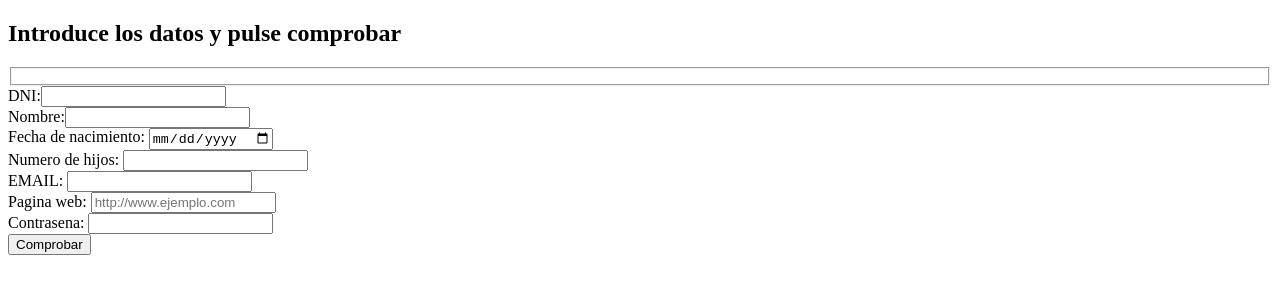
Repository: KoTvTrysaX01/2DAW-Desarrollo-WEB-en-Entorno-Cliente
Page: JAVASCRIPT/UD2/practica5/Actividad1/index.html
The author's editor kept a copy of each file at every save. The page is drawn from the files as they stood at one save, then again after a run of saves.
The browser window is 1280 px wide. The pictures show the whole page.

Above is the page before, as saved 2025-11-01 17:15:49.

After the next 2 saves:
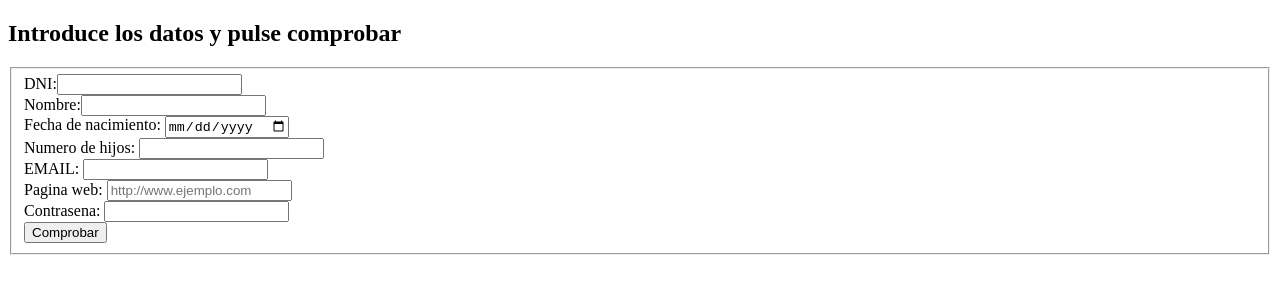
The 2 saves are shown as one change because they came seconds apart.
The last was saved 6 s later.
--- a/JAVASCRIPT/UD2/practica5/Actividad1/index.html
+++ b/JAVASCRIPT/UD2/practica5/Actividad1/index.html
@@ -2,7 +2,7 @@
 <html>
   <body>
     <h2>Introduce los datos y pulse comprobar</h2>
-    <fieldset></fieldset>
+    <fieldset>
     <form id = "registartionForm" name="form1" method="post" action="" target=" _blank">
         DNI:<input id="dni" type="text" name="dni" ><br>
         Nombre:<input id="nombre" type="text" name="nombre" ><br>
@@ -13,6 +13,7 @@
         Contrasena: <input type="text" name="contrasena" id = "password" ><br>
         <input type="submit" value = "Comprobar">
     </form>
+    </fieldset>
 
 
     <div id="errorMessages"></div>
